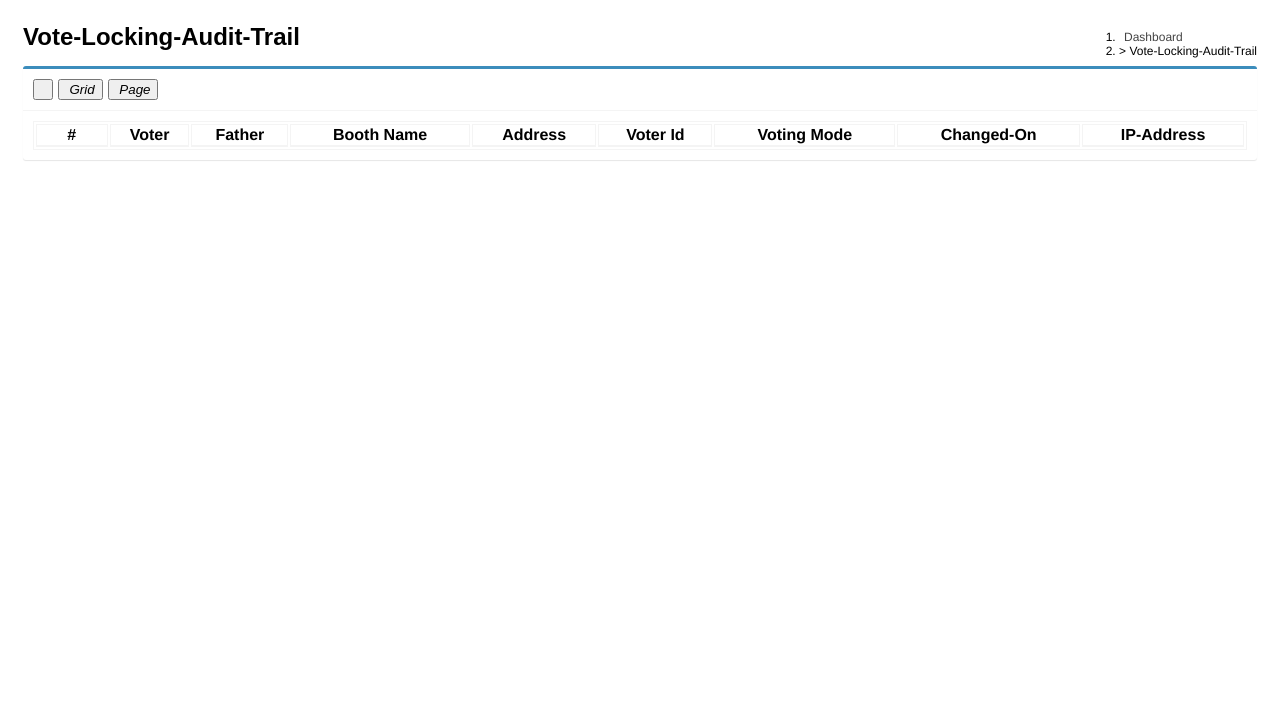
Repository: sanjeev167/IndiaOnLineVoting_3112020
Page: http://localhost/IndiaOnLineVoting/WEB-INF/jsp/voter/voteLockAuditTrail.jsp
The author's editor kept a copy of each file at every save. The page is drawn from the files as they stood at one save, then again after the next save.
The browser window is 1280 px wide. The pictures show the whole page.
The page is served by Tomcat 9. Nobody is signed in. The template is opened directly, without the code that normally fills it, so the values that code supplies are empty.

Above is the page before, as saved 2020-10-29 17:00:25.
Console error: TypeError: $(...).DataTable is not a function

After the next save:
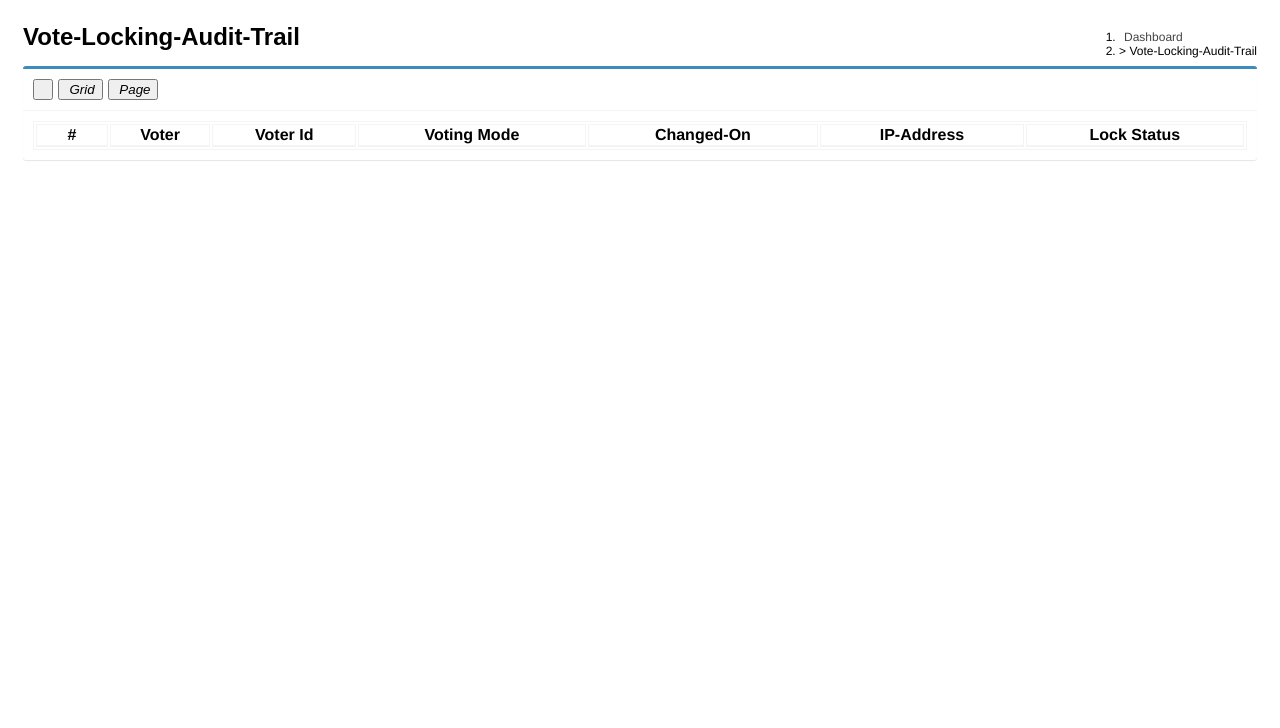
Saved 9 min 9 s later.
--- a/IndiaOnLineVoting/src/main/webapp/WEB-INF/jsp/voter/voteLockAuditTrail.jsp
+++ b/IndiaOnLineVoting/src/main/webapp/WEB-INF/jsp/voter/voteLockAuditTrail.jsp
@@ -36,14 +36,11 @@
 							<tr>
 								<th width="6%">#</th>
 								<th>Voter</th>
-								<th>Father</th>
-								<th>Booth Name</th>
-
-								<th>Address</th>
                                 <th>Voter Id</th>
 								<th>Voting Mode</th>
 								<th>Changed-On</th>
 								<th>IP-Address</th>
+								<th>Lock Status</th>
 							</tr>
 						</thead>
 
@@ -115,42 +112,31 @@ $(function () {
 							"bVisible" : false, // used for hiding a column
 						},
 						{
-							"data" : "Voter",
-							"name" : "voter",
+							"data" : "name",
+							"name" : "name",
 							"title" : "Voter"
 						},
-						{
-							"data" : "father",
-							"name" : "father",
-							"title" : "Father"
-						},
-						{
-							"data" : "boothName",
-							"name" : "boothName",
-							"title" : "Booth Name"
-						},
 
-						{
-							"data" : "address",
-							"name" : "address",
-							"title" : "Address"
-						},
 						{
 							"data" : "voterId",
 							"name" : "voterId",
 							"title" : "VoterId"
 						},
 						{
-							"data" : "changedOn",
-							"name" : "changedOn",
+							"data" : "dateOfLocking",
+							"name" : "dateOfLocking",
 							"title" : "Changed-On"
 						},
 						{
-							"data" : "ipAdd",
-							"name" : "ipAdd",
+							"data" : "reqIpAdd",
+							"name" : "reqIpAdd",
 							"title" : "IP"
+						},
+						{
+							"data" : "lockStatus",
+							"name" : "lockStatus",
+							"title" : "lockStatus"
 						}
-
 						]
 				});
 
